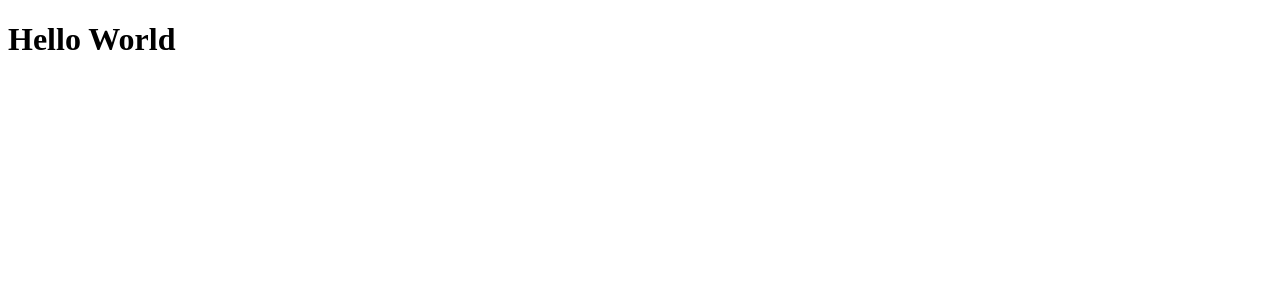
Repository: amoled4/ezen_jsp_project1
Page: http://localhost/jsp_study/
An editor plug-in stored every save of this project. The page is shown before and after the next save, followed by the edit.
The browser window is 1280 px wide. The pictures show the whole page.
The page is served by Tomcat 9.

Above is the page before, as saved 2023-05-10 08:42:23.

After the next save:
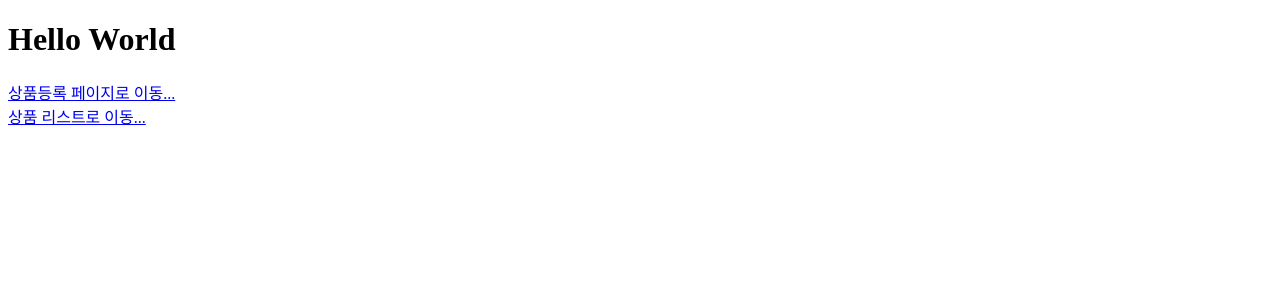
Saved 15 h 32 min later.
--- a/jsp_study/src/main/webapp/index.jsp
+++ b/jsp_study/src/main/webapp/index.jsp
@@ -10,5 +10,9 @@
 	<h1>
 		Hello World
 	</h1>
+
+	<a href="register.pd">상품등록 페이지로 이동...</a>
+	<br>
+	<a href="list.pd">상품 리스트로 이동...</a>
 </body>
 </html>
